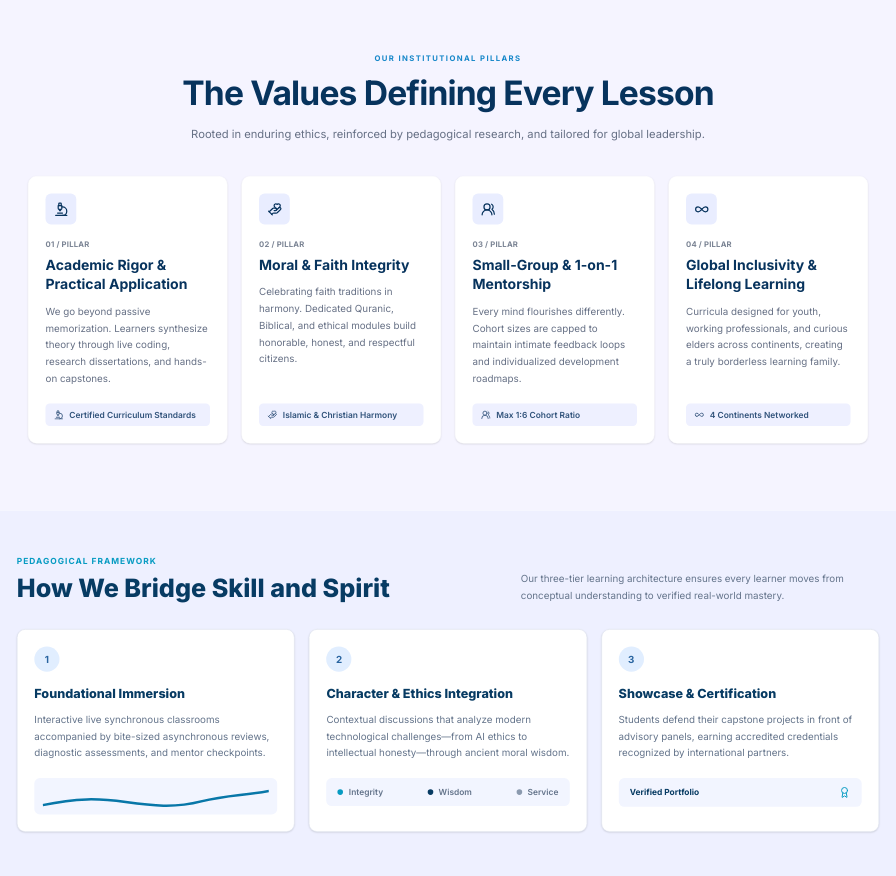
Repository: segunrotini/iola
Page: /about
An editor plug-in stored every save of this project. The page is shown before and after the next save, followed by the edit.
The browser window is 1280 px wide. The pictures show the part of the page from y = 1822 to 3742 px (the page is 3074 px tall before and 3742 px after), at 70% of full size.
Pictures or frames that could not be fetched are drawn as grey boxes. The project was rebuilt for these pictures with package versions that can differ from the ones it lists, and the page was loaded fresh each time. Also part of the build but not shown: vite.config.ts, src/components/home/Hero-section.tsx, src/components/home/WhyChooseUs.tsx, src/components/home/Programs.tsx, src/components/home/Testimonials.tsx, src/components/home/LearningProcess.tsx, src/components/home/AdmissionSection.tsx, src/components/home/Footer.tsx and 1 more.

Above is the page before, as saved 2026-10-08 15:40:42.

After the next save:
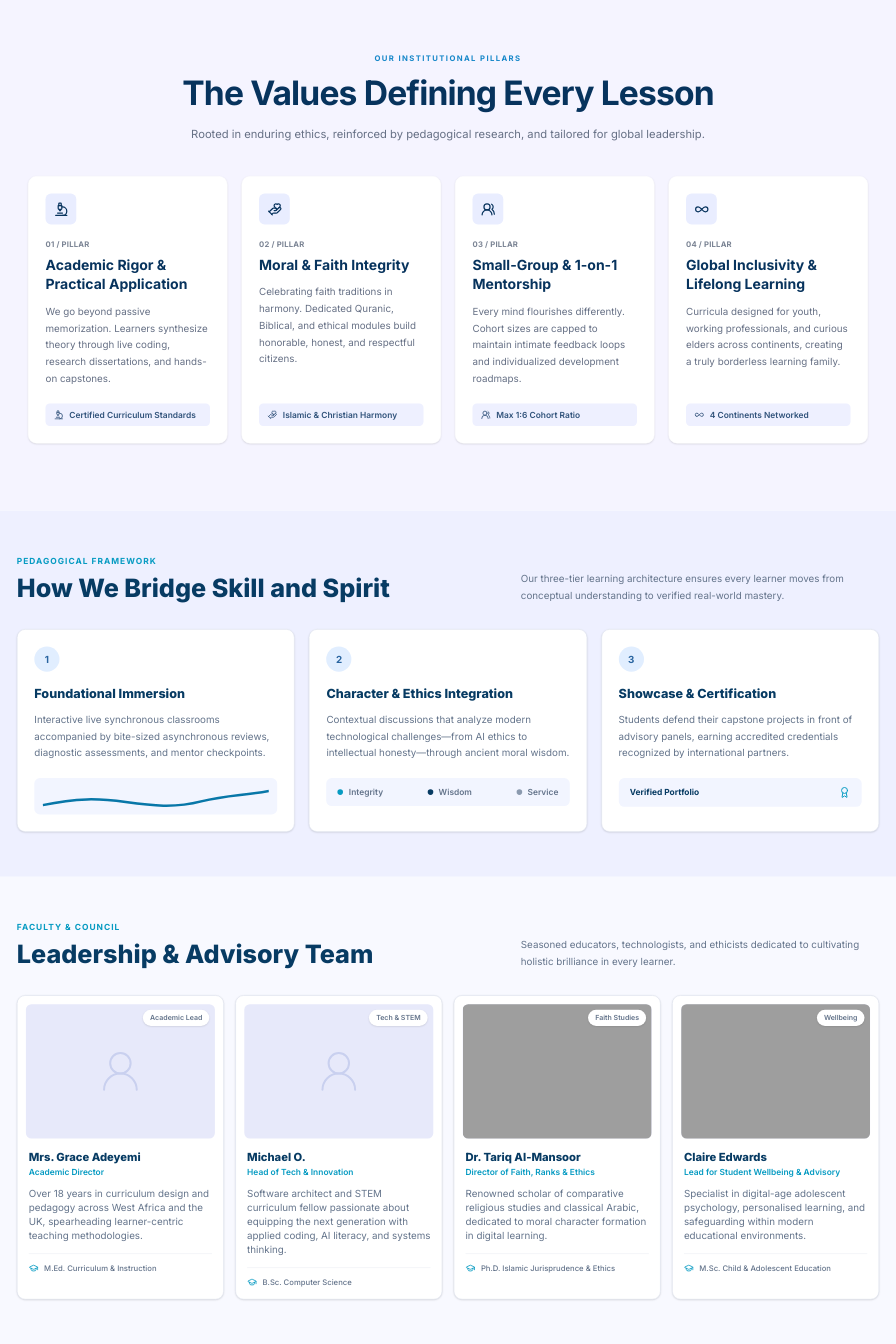
Saved 30 s later.
--- a/src/components/pages/public/Aboutus.tsx
+++ b/src/components/pages/public/Aboutus.tsx
@@ -8,6 +8,7 @@
 import AboutStory from "../../home/AboutStory";
 import AboutValues from "../../home/AboutValues";
 import AboutFramework from "../../home/AboutFramwork";
+import AboutLeadership from "../../home/AboutLeadership";
 function AboutUs() {
   return (
     <>
@@ -18,6 +19,7 @@
       <AboutStory />
       <AboutValues />
       <AboutFramework/>
+      <AboutLeadership/>
 
     </>
   );
